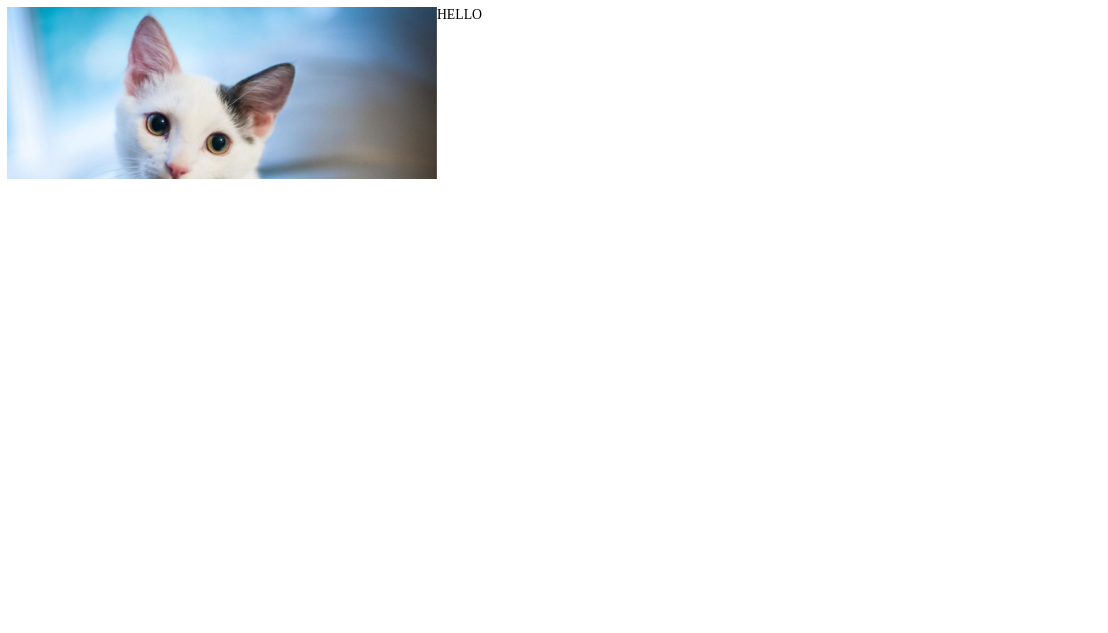
Repository: AustinW24/pg-catfacts
Page: cat-facts.html
These files come from the project's save history. The page is drawn as it stood at one moment and after the next save; the edit follows.
The browser window is 1280 px wide. The page is 1288 px wide, so the pictures cover 1288 px, including what lies to the right of the window. The pictures show the whole page, at 86% of full size.
The page's requests for data from a server got no answer.

Above is the page before, as saved 2021-12-29 15:31:10.

After the next save:
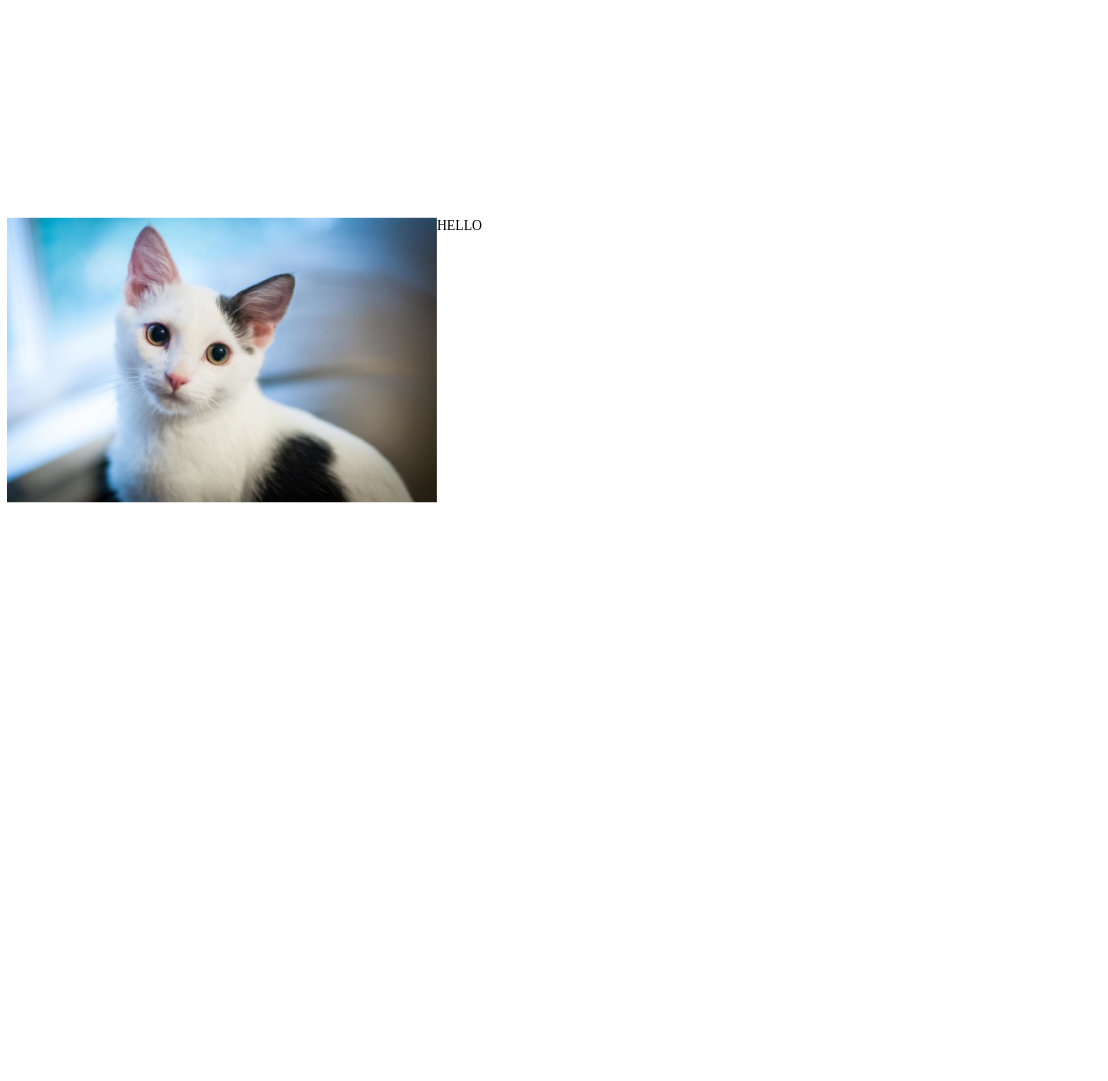
Saved 7 s later.
--- a/cat-facts.css
+++ b/cat-facts.css
@@ -23,7 +23,7 @@
     overflow: hidden;
   }
 
-  div.slide-up p {
+  div.popup-container {
     animation: 10s slide-up;
     margin-top: 0%;
   }

After the save that followed:
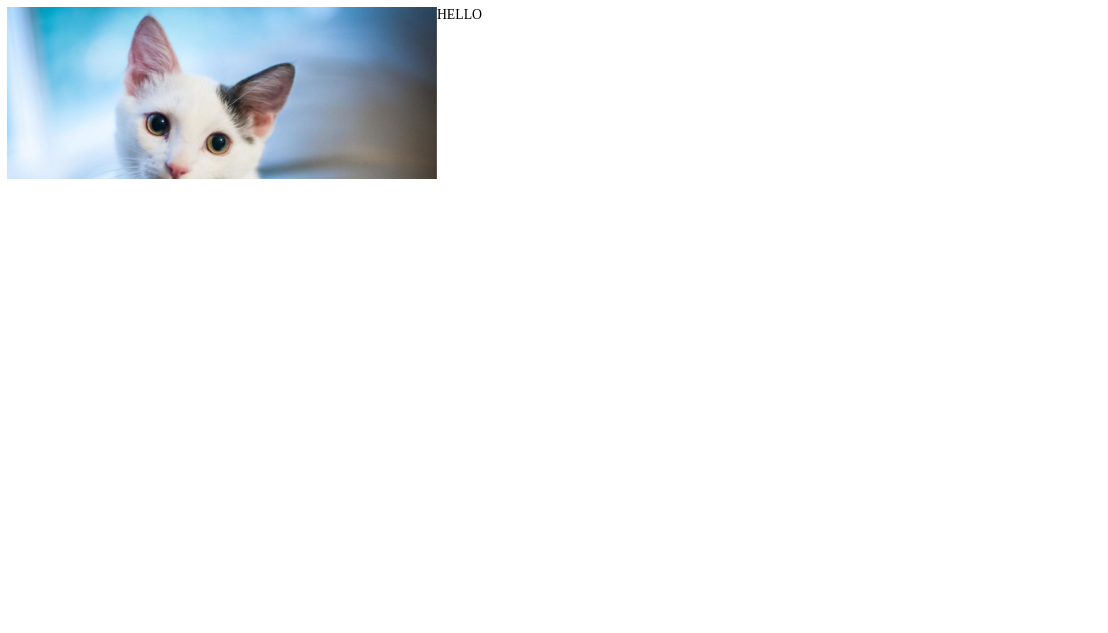
Saved 27 s later.
--- a/cat-facts.css
+++ b/cat-facts.css
@@ -24,7 +24,7 @@
   }
 
   div.popup-container {
-    animation: 10s slide-up;
+    animation: 3s slide-up;
     margin-top: 0%;
   }
 
